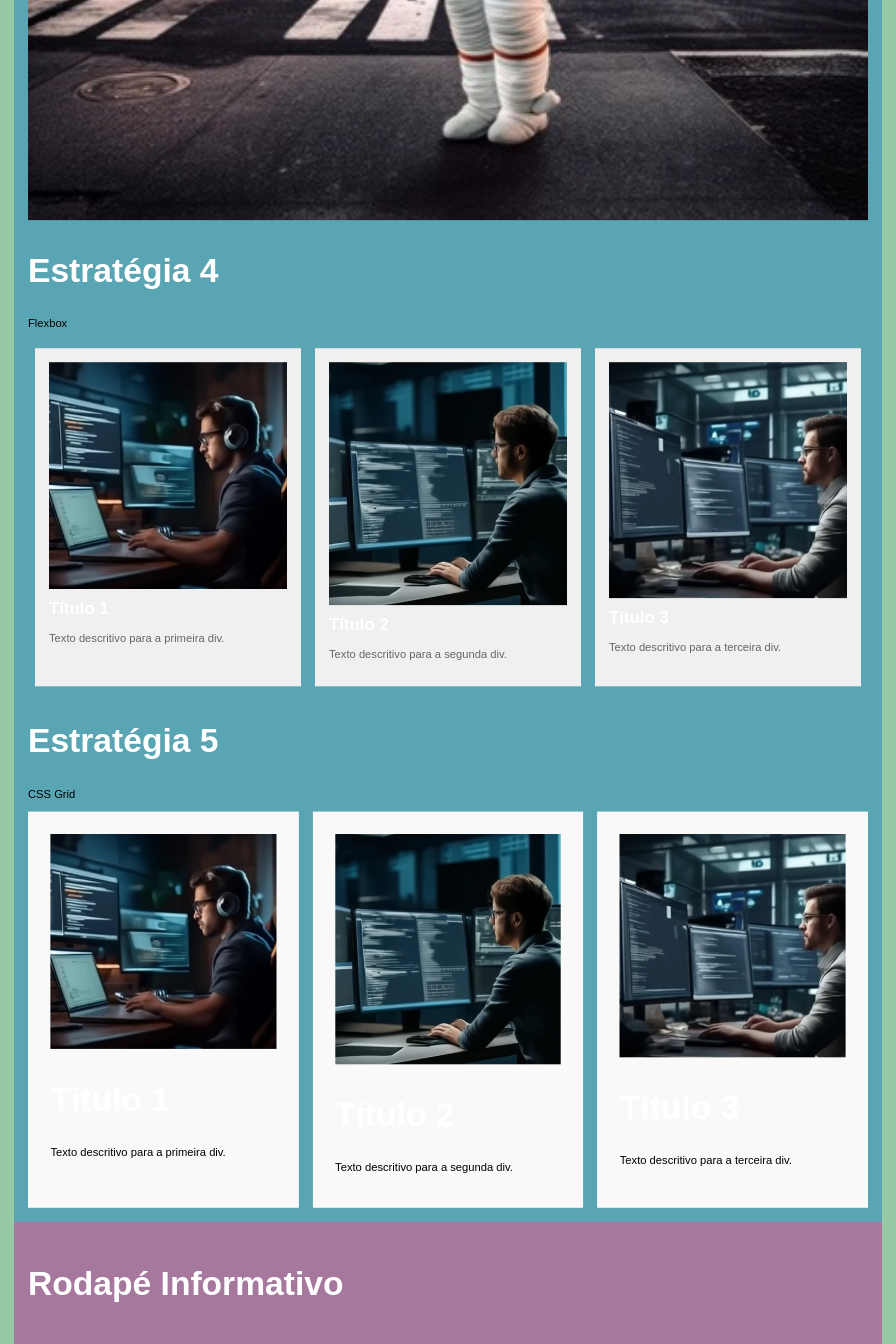
Repository: douglasabnovato/model-lp
Page: index.html
The author's editor kept a copy of each file at every save. The page is drawn from the files as they stood at one save, then again after the next save.
The browser window is 1280 px wide. The pictures show the part of the page from y = 2059 to 3979 px (the page is 3979 px tall before and 3934 px after), at 70% of full size.

Above is the page before, as saved 2025-02-25 13:19:45.

### index.html
<!DOCTYPE html>
<html lang="pt-br">
  <head>
    <meta charset="UTF-8" />
    <meta name="viewport" content="width=device-width, initial-scale=1.0" />
    <title>Filmes Épicos</title>
    <link rel="stylesheet" type="text/css" href="./style.css" />
  </head>
  <body>
    <header>
      <h2>Meu Site Incrível</h2>
    </header>
    <main>
      <h2>Estratégia 1</h2>
      <p>Mobile-First com Media Queries</p>
      <p>Elementos: header main footer</p>

      <h2>Estratégia 2</h2>
      <p>Flexbox para Layouts Flexíveis</p>
      <p>Estratégia 2</p>
      <div class="flex-container">
        <div class="flex-item">Mobile-First com Media Queries</div>
        <div class="flex-item">Flexbox para Layouts Flexíveis</div>
        <div class="flex-item">CSS Grid para Layouts Complexos</div>
      </div>

      <h2>Estratégia 3</h2>
      <p>CSS Grid para Layouts Complexos</p>
      <p>Estratégia 3</p>
      <div class="grid-container">
        <div class="grid-item">Cabeçalho</div>
        <div class="grid-item">Menu</div>
        <div class="grid-item">Conteúdo</div>
        <div class="grid-item">Rodapé</div>
      </div>

      <h2>Imagem Responsiva</h2>
      <div class="imgResponsive">
        <img
          src="./assets/astronauta-418.jpg"
          alt="Astronauta"
        />
      </div>

      <h2>Estratégia 4</h2>
      <p>Flexbox</p>
      <div class="container-flex-mae-1">
        <div class="filha-1">
          <img src="./assets/developer-1.png" alt="Descrição 1">
          <h2>Título 1</h2>
          <p>Texto descritivo para a primeira div.</p>
        </div>
        <div class="filha-1">
          <img src="./assets/developer-2.png" alt="Descrição 2">
          <h2>Título 2</h2>
          <p>Texto descritivo para a segunda div.</p>
        </div>
        <div class="filha-1">
          <img src="./assets/developer-3.png" alt="Descrição 3">
          <h2>Título 3</h2>
          <p>Texto descritivo para a terceira div.</p>
        </div>
      </div>

      <h2>Estratégia 5</h2>
      <p>CSS Grid</p>
      <div class="container-flex-mae-2">
        <div class="filha-2">
          <img src="./assets/developer-1.png" alt="Descrição 1">
          <h2>Título 1</h2>
          <p>Texto descritivo para a primeira div.</p>
        </div>
        <div class="filha-2">
          <img src="./assets/developer-2.png" alt="Descrição 2">
          <h2>Título 2</h2>
          <p>Texto descritivo para a segunda div.</p>
        </div>
        <div class="filha-2">
          <img src="./assets/developer-3.png" alt="Descrição 3">
          <h2>Título 3</h2>
          <p>Texto descritivo para a terceira div.</p>
        </div>
      </div>



    </main>
    <footer>
      <h2>Rodapé Informativo</h2>
    </footer>
  </body>
</html>

### style.css
/* Estilos base para mobile */
body {
  font-family: Arial, sans-serif;
  margin: 0;
  background-color: #65691c77;
}

h2 {
  color: white;
  font-size: clamp(2rem, 5vw, 3rem);
}

header,
main,
footer {
  padding: 20px;
}

header {
  background-color: #5b0a8777;
}

main {
  background-color: #157bc077;
}

.flex-container {
  display: flex;
  flex-wrap: wrap;
  gap: 20px;
}

.flex-item {
  background-color: #ccc;
  padding: 20px;
  flex: 1 1 200px;
  box-sizing: border-box;
}

.grid-container {
  display: grid;
  grid-template-areas:
    "header header"
    "menu content"
    "footer footer";
  grid-gap: 10px;
}

.grid-item {
  background-color: #ccc;
  padding: 20px;
}

.grid-item:nth-child(1) {
  grid-area: header;
}

.grid-item:nth-child(2) {
  grid-area: menu;
}

.grid-item:nth-child(3) {
  grid-area: content;
}

.grid-item:nth-child(4) {
  grid-area: footer;
}

.imgResponsive {
  margin: 0;
  padding: 0;
}

img {
  width: 100%;
  height: auto;
}

footer {
  background-color: #b81b9377;
}

/* Media Query para telas maiores */
@media (min-width: 768px) {
  body {
    background-color: #238d4377;
  }

  header,
  main,
  footer {
    max-width: 1200px;
    margin: 0 auto;
  }
}

.container-flex-mae-1 {
  display: flex;
  flex-wrap: wrap; /* Permite que as divs filhas "quebrem" para a próxima linha em telas menores */
  justify-content: space-between; /* Espaça as divs uniformemente */
}

.filha-1 {
  flex: 1 1 30%; /* Cresce, encolhe e ocupa inicialmente 30% do espaço */
  box-sizing: border-box; /* Inclui padding e border no total da largura e altura */
  margin: 10px;
  padding: 20px;
  background-color: #f0f0f0;
}

.filha-1 img {
  width: 100%;
  height: auto;
}

.filha-1 h2 {
  font-size: 1.5em;
  margin-top: 10px;
}

.filha-1 p {
  font-size: 1em;
  color: #666;
}

@media (max-width: 768px) {
  .filha-1 {
    flex-basis: 100%; /* Em telas menores, cada div filha ocupa 100% da largura */
  }
}

.container-flex-mae-2 {
    display: grid;
    grid-template-columns: repeat(auto-fit, minmax(250px, 1fr));
    grid-gap: 20px;
  }

  .filha-2 {
    background-color: #f9f9f9;
    padding: 2rem;
    box-sizing: border-box;
  }

After the next save:
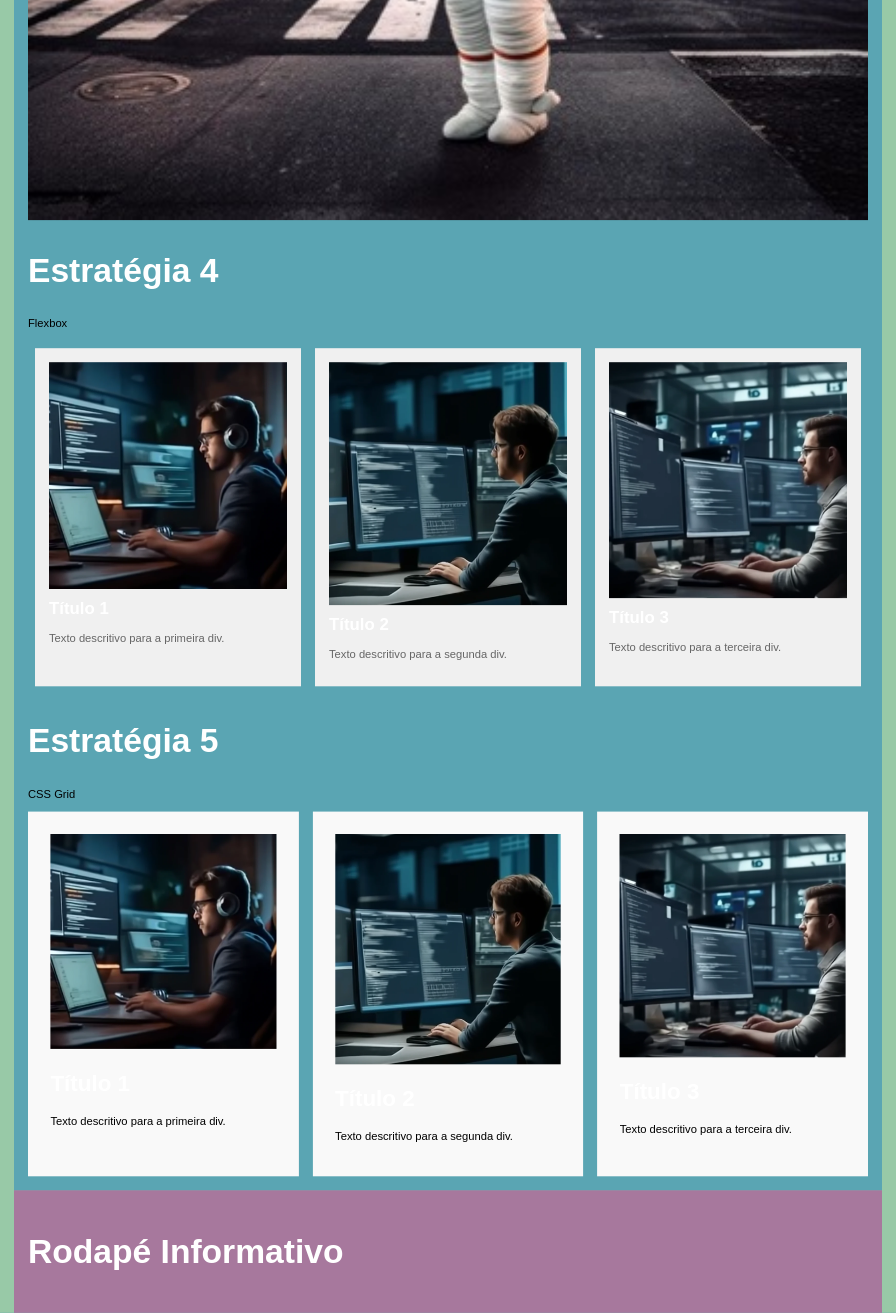
Saved 20 s later.
--- a/style.css
+++ b/style.css
@@ -141,3 +141,7 @@ footer {
     padding: 2rem;
     box-sizing: border-box;
   }
+
+  .filha-2 h2 {
+    font-size: clamp(1.2rem, 2.5vw, 2rem);
+  }
